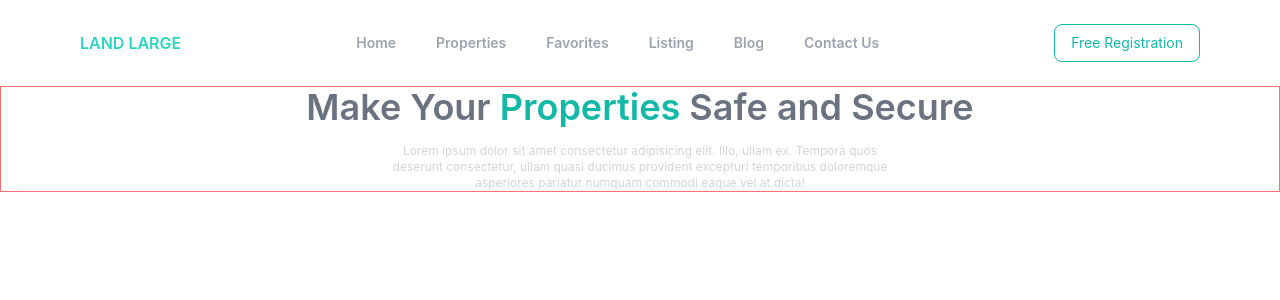
Repository: MuniruIssah/realestate
Page: /
An editor plug-in stored every save of this project. The page is shown before and after a run of saves, followed by the edit.
The browser window is 1280 px wide. The pictures show the whole page.
The project was rebuilt for these pictures with package versions that can differ from the ones it lists, and the page was loaded fresh each time. Also part of the build but not shown: src/App.css.

Above is the page before, as saved 2022-02-19 21:49:59.

After the next 2 saves:
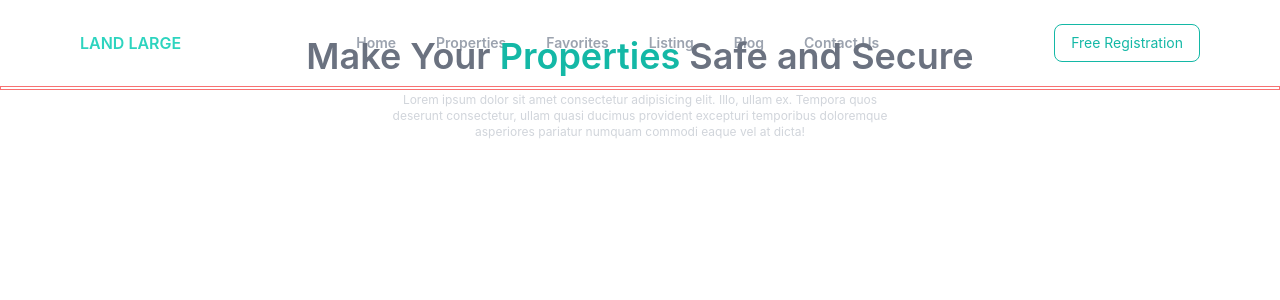
The 2 saves are shown as one change because they came seconds apart.
The last was saved 10 s later.
--- a/src/components/Jumbotron.js
+++ b/src/components/Jumbotron.js
@@ -2,7 +2,7 @@
 
 const Jumbotron = () => {
   return (
-    <div className="h-2/4 flex flex-col justify-center items-center space-y-4 w-full border border-red-400">
+    <div className="h-1 flex flex-col justify-center items-center space-y-4 w-full border border-red-400">
       <span className="lg:text-4xl text-gray-500 text-center font-semibold">
         Make Your <span className="text-teal-500">Properties</span> Safe and
         Secure

After the save that followed:
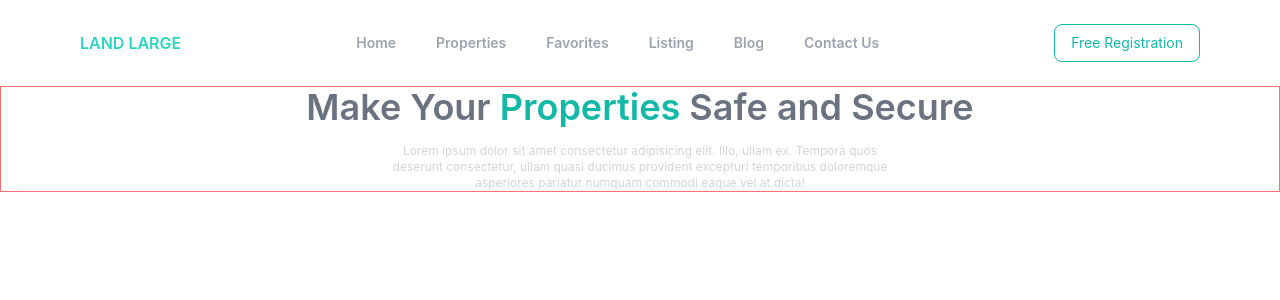
Saved 5 s later.
--- a/src/components/Jumbotron.js
+++ b/src/components/Jumbotron.js
@@ -2,7 +2,7 @@
 
 const Jumbotron = () => {
   return (
-    <div className="h-1 flex flex-col justify-center items-center space-y-4 w-full border border-red-400">
+    <div className="h-1/2 flex flex-col justify-center items-center space-y-4 w-full border border-red-400">
       <span className="lg:text-4xl text-gray-500 text-center font-semibold">
         Make Your <span className="text-teal-500">Properties</span> Safe and
         Secure
